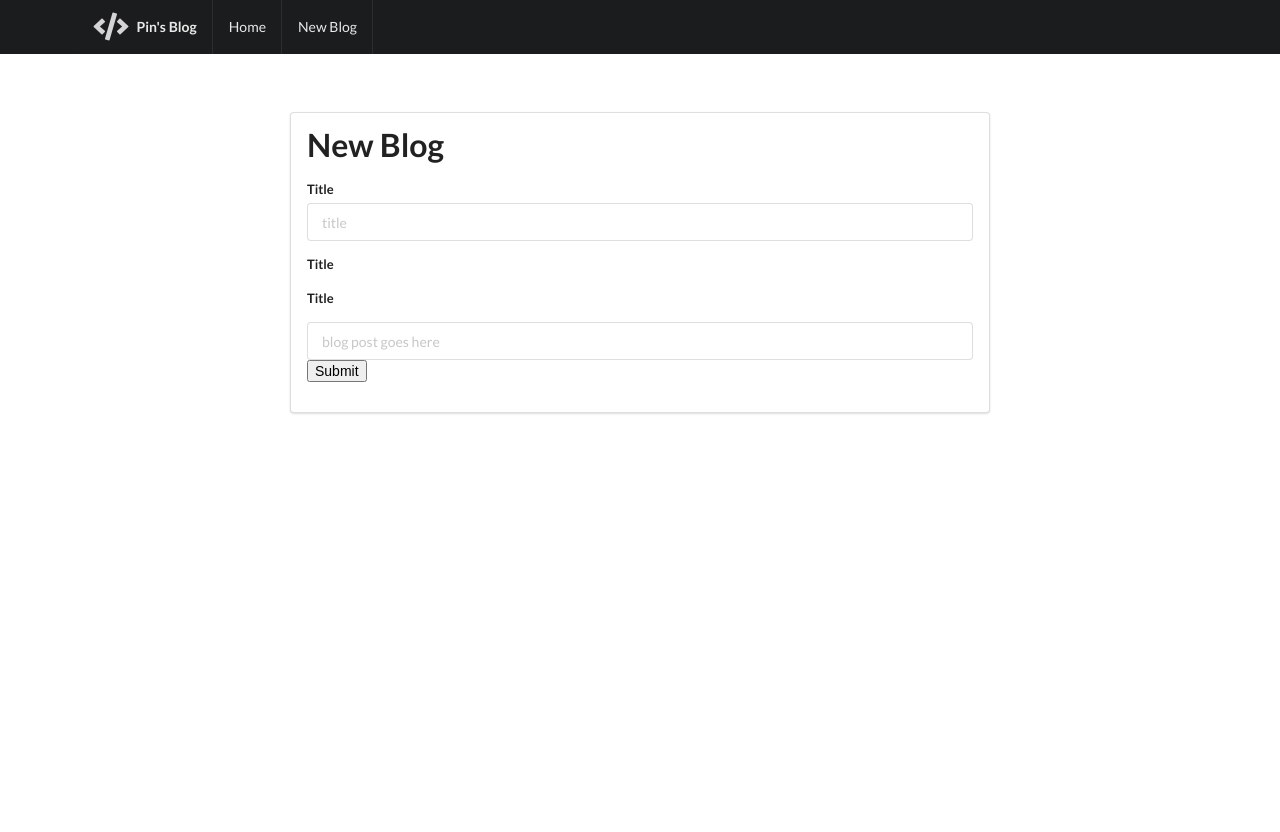
Repository: pichu0528/Web-Development
Page: http://localhost/blogs/new
The author's editor kept a record of every edit. The page is drawn from the files as they stood at one moment, then again after the next edit.
The browser window is 1280 px wide. The pictures show the whole page.
Some web libraries are served in a nearby version. The page is served by the project's Node server (RESTful Routing/RESTfulBlogApp/app.js).

Above is the page before.

### RESTful Routing/RESTfulBlogApp/views/new.ejs
<% include ./partials/header %>
<div class="ui main text container segment">
    <div class="ui huge header">New Blog</div>
    <form class="ui form" action="/blogs" method="POST">
        <div class="field">
            <label>Title</label>
            <input type="text" name="blog[title]" placeholder="title">
        </div>
        <div class="field">
            <label>Title</label>

        </div>
        <div class="field">
            <label>Title</label>

        </div>


        <input type="text" name="blog[body]" placeholder="blog post goes here">
        <input type="submit">
    </form>
</div>
<% include ./partials/footer %>

### RESTful Routing/RESTfulBlogApp/views/partials/header.ejs
<html>
    <head>
        <title>Blog App</title>
        <link rel="stylesheet" type="text/css" href="https://cdnjs.cloudflare.com/ajax/libs/semantic-ui/2.1.4/semantic.min.css">
        <link rel="stylesheet" type="text/css" href="/stylesheets/app.css">
    </head>
    <body>
        <div class="ui fixed inverted menu">
            <div class="ui container">
                <div class="header item">
                    <i class="code icon"></i>Pin's Blog
                </div>
                <a href="/" class="item">Home</a>
                <a href="/blogs/new" class="item">New Blog</a>
            </div>
        </div>

### RESTful Routing/RESTfulBlogApp/app.js
var express        = require("express"),
    app            = express(),
    bodyParser     = require("body-parser"),
    mongoose       = require("mongoose"),
    methodOverride = require("method-override");

// APP CONFIG
mongoose.connect("mongodb://localhost:27017/restful_blog_app",{ useNewUrlParser: true });
app.set("view engine", "ejs");
app.use(express.static("public"));
app.use(bodyParser.urlencoded({extended: true}));
app.use(methodOverride("_method"));  //use it to override the put request because HTML form doesn't support the put request.

// MONGOOSE/MODEL CONFIG
// title, image, body, created
var blogSchema = new mongoose.Schema({
    title:   String,
    image:   String,
    body:    String,
    created: {type: Date, default: Date.now}
});
var Blog = mongoose.model("Blog", blogSchema);

// CREATE AN EXAMPLE BLOG
// Blog.create({
//     title: "Test Blog",
//     image: "https://s3.amazonaws.com/aws.astronomy.com/ASY/image/a1.jpg",
//     body: "This is a blog post!"
// });

// RESTFUL ROUTES
app.get("/", function(req,res){
    res.redirect("/blogs");
});

// INDEX ROUTE
app.get("/blogs", function(req,res){
    Blog.find({}, function(err,blogs){
       if(err){
           console.log(err);
       } else{
           res.render("index", {blogs: blogs});
       }
    });
});

// NEW ROUTE
app.get("/blogs/new", function(req,res){
    res.render("new");
});
// CREATE ROUTE
app.post("/blogs", function(req,res){
    // create blog
    Blog.create(req.body.blog, function(err, newBlog){
        if(err){
            res.render("new");
        }else{
            // then, redirect to the index
            res.redirect("/blogs");
        }
    });
});

// SHOW ROUTE
app.get("/blogs/:id", function(req,res){
    Blog.findById(req.params.id,function(err,foundBlog){
        if(err){
            res.redirect("/blogs");
        }else{
            res.render("show",{ blog: foundBlog });
        }
    });
});

// EDIT ROUTE
app.get("/blogs/:id/edit", function(req,res){
    Blog.findById(req.params.id, function(err,foundBlog){
       if(err){
           res.redirect("/blogs");
       } else{
           res.render("edit", { blog: foundBlog });
       }
    });
});

// UPDATE ROUTE
app.put("/blogs/:id", function(req,res){
    //res.render("");
    //res.send("update route");
    Blog.findByIdAndUpdate(req.params.id, req.body.blog, function(err,updatedBlog){
        if(err){
            res.redirect("/blogs");
        }else{
            res.redirect("/blogs/" + req.params.id);
        }
    });
});

// DELETE ROUTE
app.delete("/blogs/:id", function(req,res){
   res.send("DESTROYYYYY");
   // destroy blog
   Blog.findByIdAndRemove(req.params.id, function(err){
       if(err){
           res.redirect("/blogs");
       }else{
           res.redirect("/blogs");
       }
   });
   // redirect somewhere
});

app.listen(process.env.PORT, process.env.IP, function(){
    console.log("Server is running!");
});

### RESTful Routing/RESTfulBlogApp/public/stylesheets/app.css
i.icon{
    font-size:2em;
}
.main.container{
    margin-top:7em;
}

Loaded but not shown: RESTful Routing/RESTfulBlogApp/views/partials/footer.ejs (common file)

After the next edit:
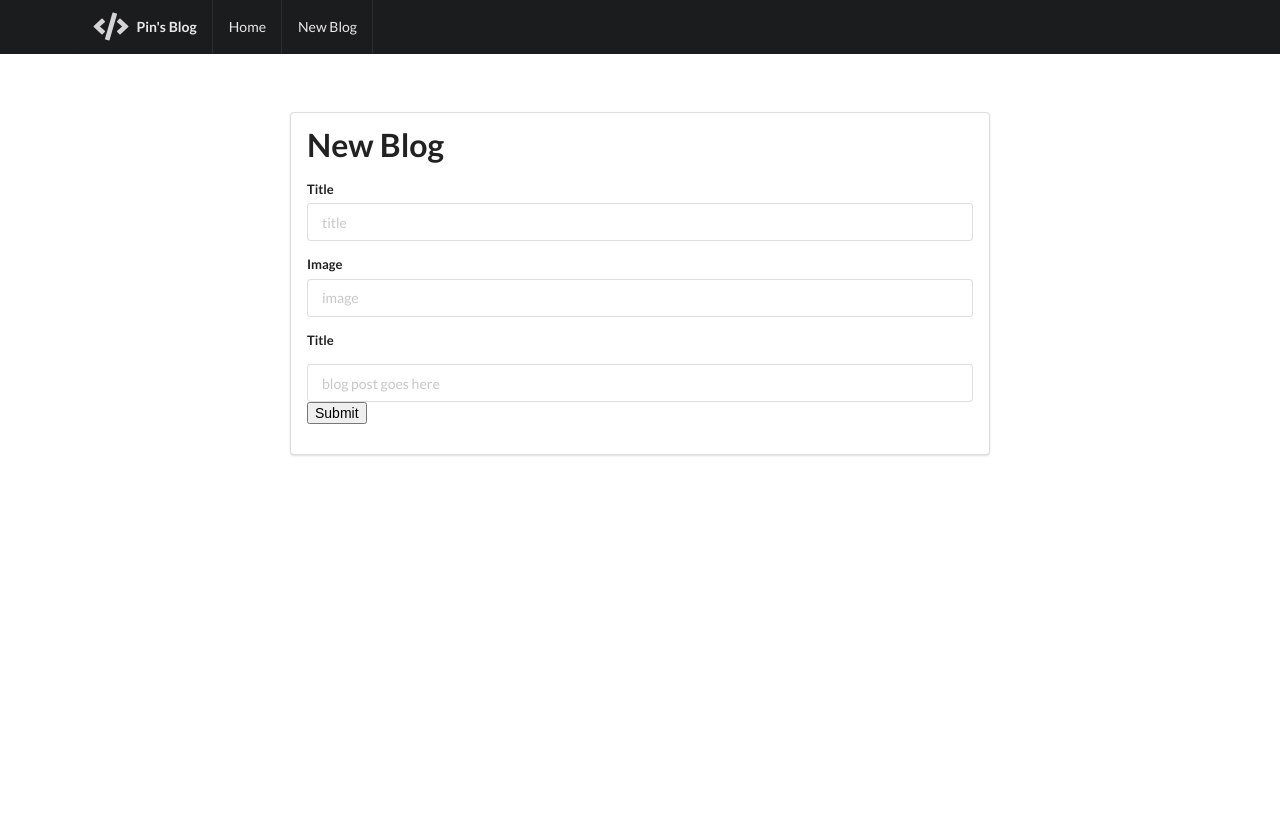
The edit:
--- a/RESTful Routing/RESTfulBlogApp/views/new.ejs
+++ b/RESTful Routing/RESTfulBlogApp/views/new.ejs
@@ -7,8 +7,8 @@
             <input type="text" name="blog[title]" placeholder="title">
         </div>
         <div class="field">
-            <label>Title</label>
-
+            <label>Image</label>
+            <input type="text" name="blog[image]" placeholder="image">
         </div>
         <div class="field">
             <label>Title</label>
